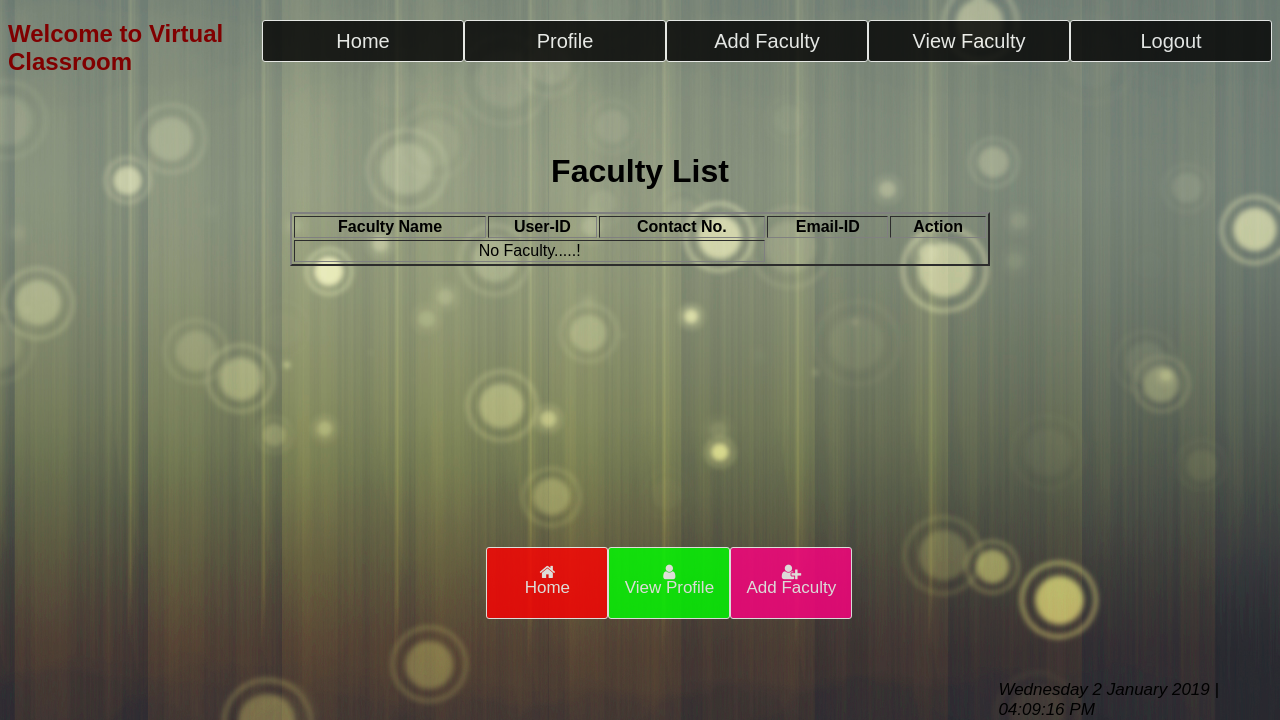
Repository: Rajendra1998/Virtual_classroom_mvc_project
Page: http://localhost/Virtual_classroom/display_faculty.jsp
An editor plug-in stored every save of this project. The page is shown before and after the next save, followed by the edit.
The browser window is 1280 px wide. The pictures show the whole page.
The page is served by Tomcat 9. The template is opened directly, without the code that normally fills it, so the values that code supplies are empty.

Above is the page before, as saved 2019-01-09 20:05:19.

After the next save:
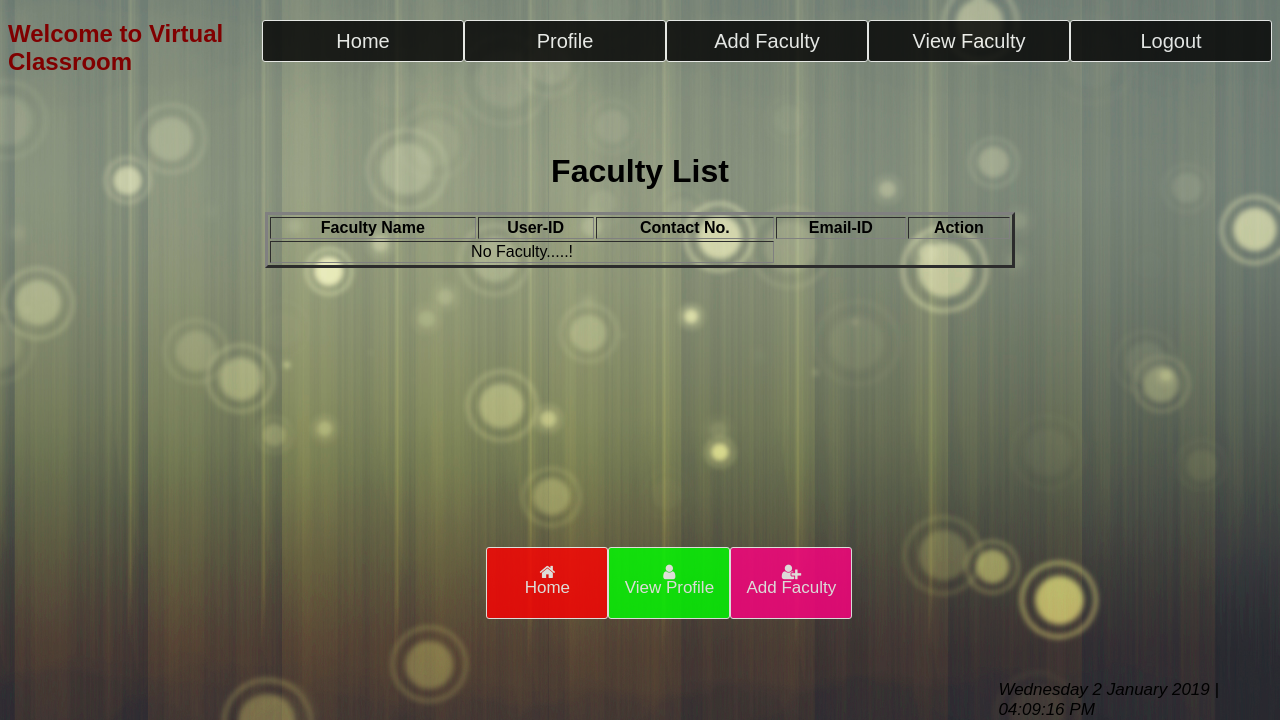
Saved 2 min 23 s later.
--- a/Virtual_classroom/WebContent/display_faculty.jsp
+++ b/Virtual_classroom/WebContent/display_faculty.jsp
@@ -175,7 +175,7 @@
 	<center>
      <div class="panel">
             <h1>Faculty List</h1>
-            <table class="bordered_table" align=center border="2" width="700px" >
+            <table class="bordered_table" align=center border="3" width="750px" >
                <thead>
                   <tr align="center"><th>Faculty Name</th><th>User-ID</th><th>Contact No.</th><th>Email-ID</th><th>Action</th></tr>
                </thead>
